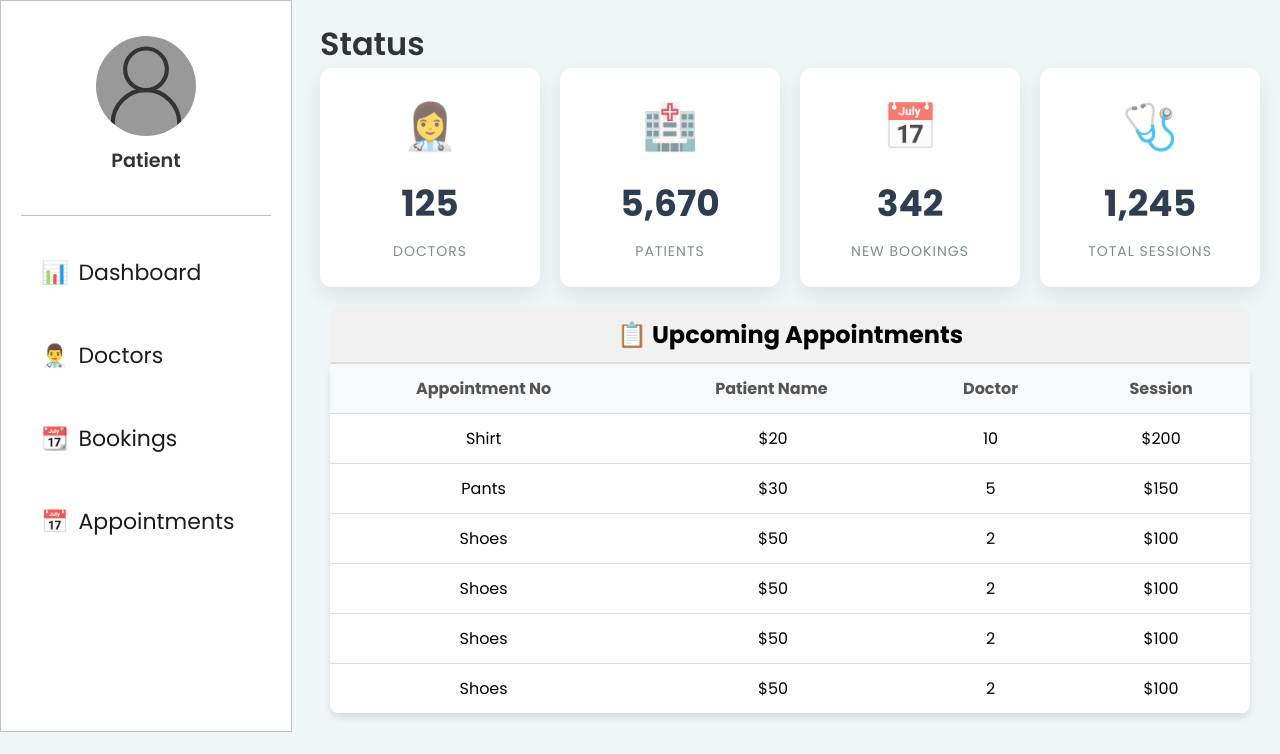
Repository: AriaFantom/Minor-Project
Page: http://localhost/Project/dashboard/patient/panel.jsp
An editor plug-in stored every save of this project. The page is shown before and after the next save, followed by the edit.
The browser window is 1280 px wide. The pictures show the whole page.
Some web fonts or font styles are not loaded; a fallback is used. The page is served by Tomcat 10.

Above is the page before, as saved 2024-12-05 06:31:04.

After the next save:
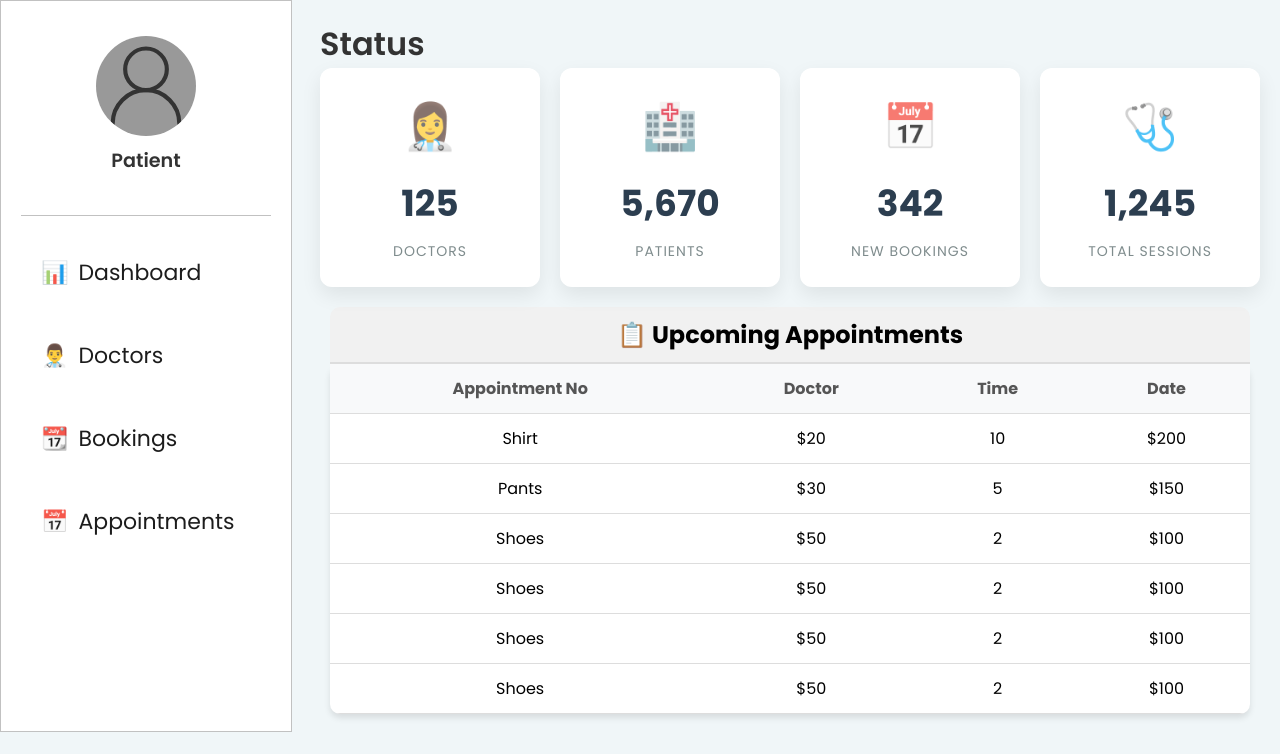
Saved 103 s later.
--- a/Project/src/main/webapp/dashboard/patient/panel.jsp
+++ b/Project/src/main/webapp/dashboard/patient/panel.jsp
@@ -79,9 +79,9 @@
             <thead>
             <tr>
                 <th>Appointment No</th>
-                <th>Patient Name ️</th>
                 <th>Doctor</th>
-                <th>Session</th>
+                <th>Time️</th>
+                <th>Date</th>
             </tr>
             </thead>
             <tbody>
